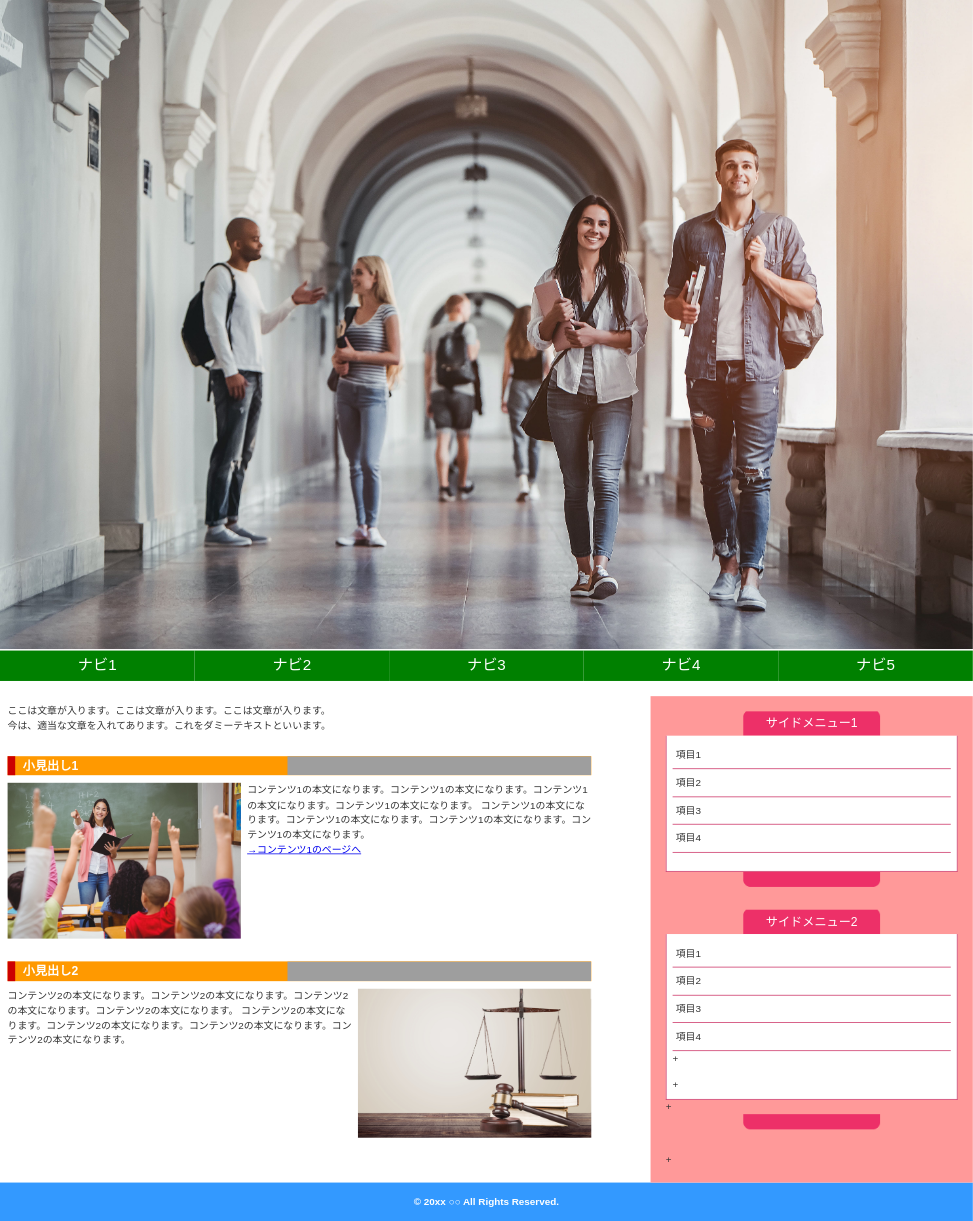
Repository: Yweb18/samurai_PHP
Page: index.html
The author's editor kept a record of every edit. The page is drawn from the files as they stood at one moment, then again after the next edit.
The browser window is 1280 px wide. The pictures show the whole page, at 76% of full size.
Pictures or frames that could not be fetched are drawn as grey boxes.

Above is the page before.

After the next edit:
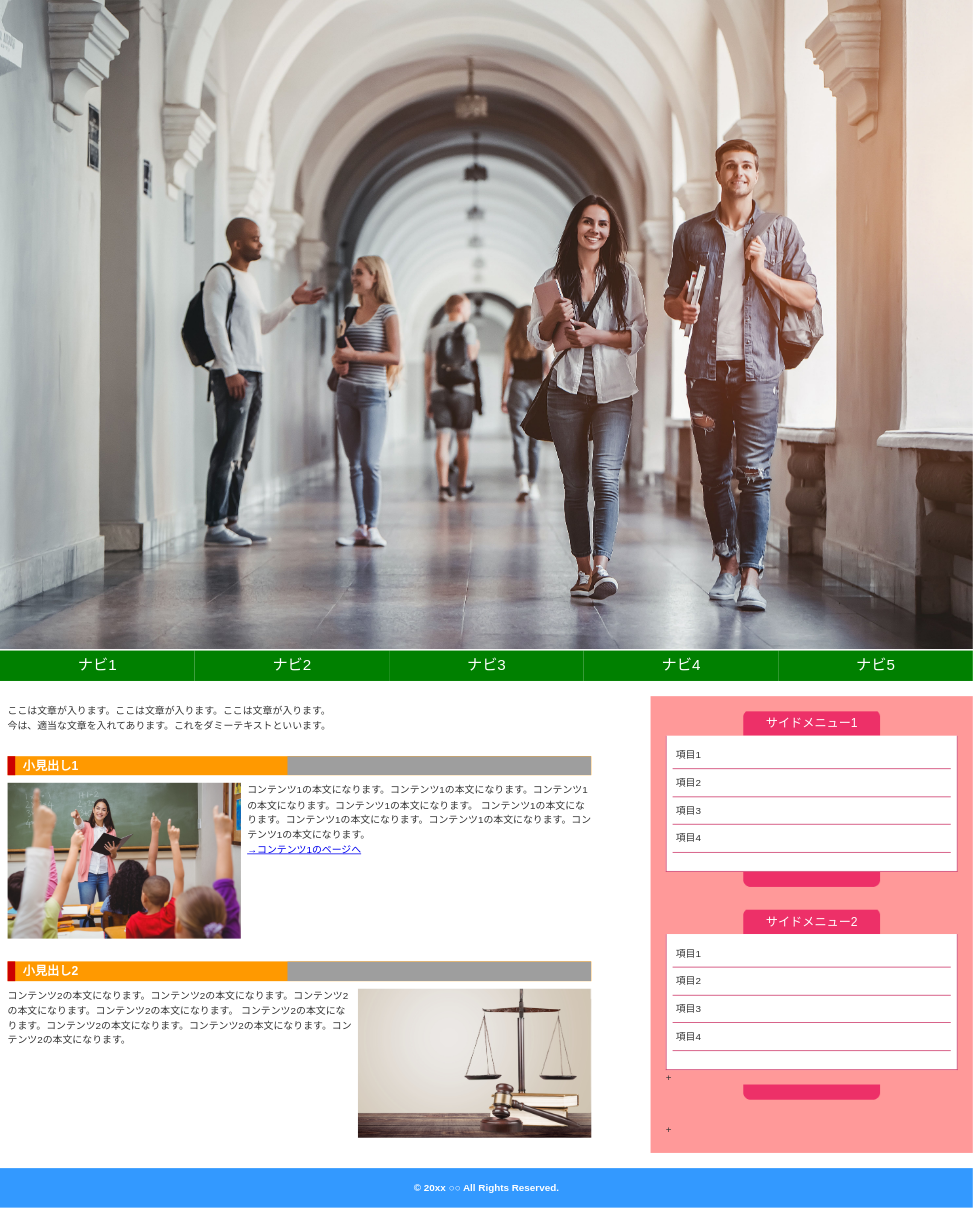
The edit:
--- a/index.html
+++ b/index.html
@@ -63,8 +63,8 @@
                             <li>項目2</li>
                             <li>項目3</li>
                             <li>項目4</li>
-+                        </ul>
-+                    </div>
+                        </ul>
+                    </div>
 +                </div>
 +            </div>
 
